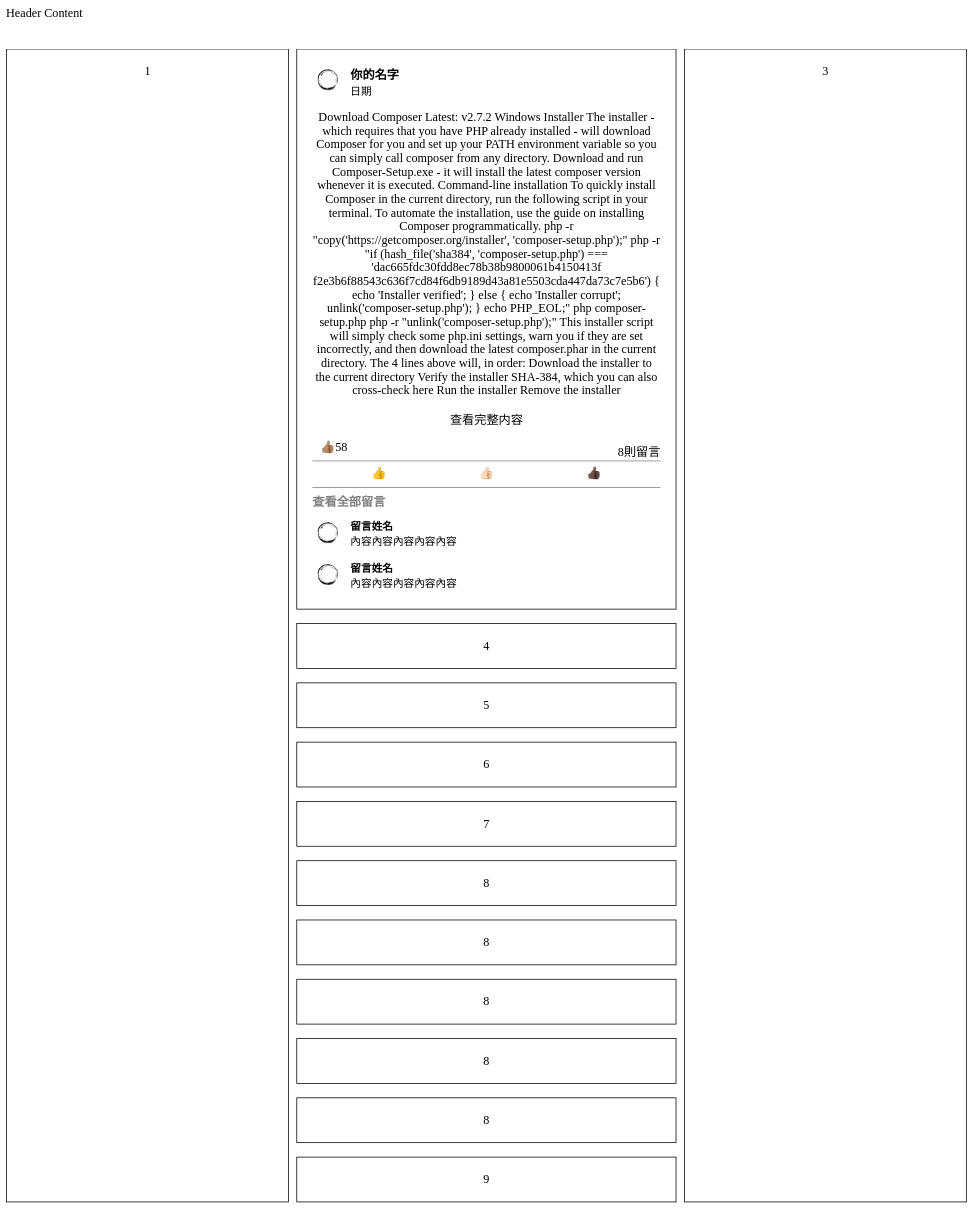
Repository: yuchiyang123/index_view
Page: http://localhost/
An editor plug-in stored every save of this project. The page is shown before and after the next save, followed by the edit.
The browser window is 1280 px wide. The pictures show the whole page, at 76% of full size.
The page is run by PHP 8.4 with error messages shown; the project is at /var/www/html/.

Above is the page before, as saved 2024-03-27 10:33:54.

### index.php
<style>
   .header {
    position: sticky;
    top: 0;
    z-index: 9996;
    grid-area: header;
    background-color: #ffffff;
    width: 100%;
    height: 56px;

}


.grid-container {

  display: grid;
  grid-template-columns: auto 500px auto;
  grid-template-rows:auto;
  grid-gap: 10px;
  display: grid;
  grid-template-areas:
    "A B C";

}

.grid-item {
  border: 1px solid #000;
  padding: 20px;
  text-align: center;

}
.first{
    grid-area: A;
    min-height: 800px;
}
.end{
    grid-area: C;
}
.mid{
    grid-area: B;
}
.limt{
    min-height: 350px;
}
.inner-grid {
    display: inline-grid;
    width: 30%;
    transition: background-color 0.3s;
    padding-top: 5px;
    padding-bottom: 10px;
    text-align: center;
}
.inner-grid:hover {
    background-color: rgba(128, 128, 128, 0.4);
}
.line{
    border-top: 1px solid gray;
    border-bottom: 1px solid gray;
}
.respond{

    padding-bottom: 8px;
    text-align: left;
    padding-left:10px;
}
.respond > div {
    display: inline-block;
}
.message{
    text-align: right;
}
.respond, .message {
    display: inline-block;
}
.container {
    display: flex;
    justify-content: space-between;
    align-items: center;
}

.popup {
    display: none;
    position: fixed;
    top: 50%;
    left: 50%;
    transform: translate(-50%, -50%);
    width: 500px;
    padding: 20px;
    background-color: #fff;
    z-index: 9998;

}

.trigger a {
    cursor: pointer;
}

.blur-background {
    filter: blur(0px);
}
.box{

}
.imgsize{
    width: 40px;
    height: auto;

}

.image-container {
    float: left;
    margin-right: 10px;
}

.text-container {
    overflow: hidden;
}
.user{

    text-align: left;
    font-weight: bold;

}
.date{
    font-size: 14px;
    text-align: left;
}
a{
    text-decoration: none;
    color: black;
}
.overlay {
    display: none;
    position: fixed;
    top: 0;
    left: 0;
    width: 100%;
    height: 100%;
    background-color: rgba(0, 0, 0, 0.5);
    z-index: 9997;
  }
  .SeeAllMessage{
    padding-top: 5px;
    text-align: left;
  }
  .SeeAllMessage a{
    text-align: left;
    color: gray;
    font-weight: bold;
  }
  .LeaveMessage{
    margin-top: 10px;
    padding-bottom : 5px;
  }

  .LeaveMessageall{
    border-radius: 5px;
    display: block;

  }
  .LeaveMessageUsernameIMG{
    width: 40px;
    height: auto;
    background-color:#ffffff;

  }
  .LeaveMessageimgdiv{
    float: left;
    margin-right: 10px;
    display: block;
  }
  .LeaveMessageUsername{
    text-align: left;
    font-size: 14px;
    font-weight: bold;
  }
  .LeaveMessageMain{
    text-align: left;
    font-size: 14px;
  }
</style>
<html>
<body>
<?php
    include('header.php');
?>
  <div id="box" class="box">
    <div class="grid-container">

      <div class="grid-item"><div class="first">1</div></div>

        <div class="mid">
          <div class="grid-item">
            <div class="limt">
            <div class="image-container">
                <img src="img/2-1.png" class="imgsize">
                        </div>
                <div class="text-container">
                    <div class="user"><a href="#"><div><a href="#">你的名字</a></div></a></div>
                    <div class="date"><div><a href="#">日期</a></div></div>
                </div>
                <div class="clearfix"></div>
                <p class="main">
                Download Composer Latest: v2.7.2
                    Windows Installer
                    The installer - which requires that you have PHP already installed - will download Composer for you and set up your PATH environment variable so you can simply call composer from any directory.

                    Download and run Composer-Setup.exe - it will install the latest composer version whenever it is executed.

                    Command-line installation
                    To quickly install Composer in the current directory, run the following script in your terminal. To automate the installation, use the guide on installing Composer programmatically.

                    php -r "copy('https://getcomposer.org/installer', 'composer-setup.php');"
                    php -r "if (hash_file('sha384', 'composer-setup.php') === 'dac665fdc30fdd8ec78b38b9800061b4150413f
                    f2e3b6f88543c636f7cd84f6db9189d43a81e5503cda447da73c7e5b6') { echo 'Installer verified'; } else { echo 'Installer corrupt'; unlink('composer-setup.php'); } echo PHP_EOL;"
                    php composer-setup.php
                    php -r "unlink('composer-setup.php');"
                    This installer script will simply check some php.ini settings, warn you if they are set incorrectly, and then download the latest composer.phar in the current directory. The 4 lines above will, in order:

                    Download the installer to the current directory
                    Verify the installer SHA-384, which you can also cross-check here
                    Run the installer
                    Remove the installer<div class="trigger"><a href="#">查看完整内容</a></div>
                </p>
                <div class="container">
                    <div class="respond"><a href="#">👍🏽</a><div><a href="#">58</a></div></div>
                    <div class="message"><div><a href="#">8則留言</a></div></div>
                </div>
                <div class="line">
                    <div class="inner-grid">👍</div>
                    <div class="inner-grid">👍🏻</div>
                    <div class="inner-grid">👍🏿</div>
                </div>
                <div class="SeeAllMessage"><a href="#">查看全部留言</a></div>
                <div class="LeaveMessage">
                    <div><a href="#"></a></div>
                    <div>
                        <div class="LeaveMessageimgdiv">
                            <img src="img/2-1.png" class="LeaveMessageUsernameIMG">
                        </div>
                        <div class="LeaveMessageall">
                            <div class="LeaveMessageUsername">
                                留言姓名
                            </div>
                            <div class="LeaveMessageMain">
                                內容內容內容內容內容
                            </div>
                        </div>
                    </div>
                </div>
                <div class="LeaveMessage">
                    <div><a href="#"></a></div>
                    <div><div class="LeaveMessageimgdiv"><img src="img/2-1.png" class="LeaveMessageUsernameIMG"></div><div class="LeaveMessageUsername">留言姓名</div><div class="LeaveMessageMain">內容內容內容內容內容</div></div>
                </div>
            </div>
        </div><br>
          <div class="grid-item">4</div><br>
          <div class="grid-item">5</div><br>
          <div class="grid-item">6</div><br>
          <div class="grid-item">7</div><br>
          <div class="grid-item">8</div><br>
          <div class="grid-item">8</div><br>
          <div class="grid-item">8</div><br>
          <div class="grid-item">8</div><br>
          <div class="grid-item">8</div><br>
          <div class="grid-item">9</div>
          <div class="overlay" id="overlay"></div>
          <div id="popup" class="popup">
        <div class="content">
        <div class="image-container">
            <img src="img/2-1.png" class="imgsize">
        </div>
        <div class="text-container">
            <div class="user"><a href="#"><div><a href="#">你的名字</a></div></a></div>
            <div class="date"><div><a href="#">日期</a></div></div>
        </div>
        <div class="clearfix"></div>
            <p class="main">
                Download Composer Latest: v2.7.2
                    Windows Installer
                    The installer - which requires that you have PHP already installed - will download Composer for you and set up your PATH environment variable so you can simply call composer from any directory.

                    Download and run Composer-Setup.exe - it will install the latest composer version whenever it is executed.

                    Command-line installation
                    To quickly install Composer in the current directory, run the following script in your terminal. To automate the installation, use the guide on installing Composer programmatically.

                    php -r "copy('https://getcomposer.org/installer', 'composer-setup.php');"
                    php -r "if (hash_file('sha384', 'composer-setup.php') === 'dac665fdc30fdd8ec78b38b9800061b4150413f
                    f2e3b6f88543c636f7cd84f6db9189d43a81e5503cda447da73c7e5b6') { echo 'Installer verified'; } else { echo 'Installer corrupt'; unlink('composer-setup.php'); } echo PHP_EOL;"
                    php composer-setup.php
                    php -r "unlink('composer-setup.php');"
                    This installer script will simply check some php.ini settings, warn you if they are set incorrectly, and then download the latest composer.phar in the current directory. The 4 lines above will, in order:

                    Download the installer to the current directory
                    Verify the installer SHA-384, which you can also cross-check here
                    Run the installer
                    Remove the installer
            </p>
        <div class="container">
            <div class="respond"><a href="#">👍🏽</a><div><a href="#">58</a></div></div>
            <div class="message"><div><a href="#">8則留言</a></div></div>
        </div>
            <div class="line">
            <div class="inner-grid">👍</div>
            <div class="inner-grid">👍🏻</div>
            <div class="inner-grid">👍🏿</div>
        </div>
        </div>
            <!--div class="close"><a href="#">关闭</a></div-->
        </div>
        </div>

            <div class="grid-item"><div class="end">3</div></div>
        </div>
    </div>
  </div>
  <script>
    var overlay = document.getElementById('overlay');
    var trigger = document.querySelector('.trigger a');
    var popup = document.getElementById('popup');
    var header = document.querySelector('.header');
    trigger.addEventListener('click', function(event) {
        event.preventDefault();
        popup.style.display = 'block';
        header.style.backgroundColor = 'rgba(0, 0, 0, 0.000001)';
        overlay.style.display = 'block';
        popup.style.border = '1px solid gray';
        popup.style.boxShadow = '0px 0px 15px rgba(0, 0, 0, 0.7)';
        /*
        document.body.classList.add('blur-background');
        popup.style.filter = 'none';// 移除 body 元素的模糊效果*/
    });
    var closeBtn = document.querySelector('.close a');
    /*
    closeBtn.addEventListener('click', function(event) {
        event.preventDefault();
        popup.style.display = 'none';
        popup.style.boxShadow = 'none';
    });
    */
    overlay.addEventListener('click', function(event) {
        event.preventDefault();
        event.stopPropagation();
        popup.style.display = 'none';
        overlay.style.display = 'none' ;
        popup.style.boxShadow = 'none';
        header.style.backgroundColor = '#ffffff';
    });
  </script>
</body>
</html>

### header.php
<style>
   .header {
    position: sticky; /* 将标题栏固定在容器内 */
    top: 0; /* 将标题栏固定在容器的顶部 */
    z-index: 9999; /* 确保标题栏位于其他内容的上层 */
    /* 其他样式，例如背景颜色、文本样式等 */
    grid-area: header;
    background-color: #ffffff;
    width: 100%; /* 设置标题栏的宽度为100%，使其填满整个屏幕 */
    height: 56px;

}
</style>
<header class="header">Header Content</header>

After the next save:
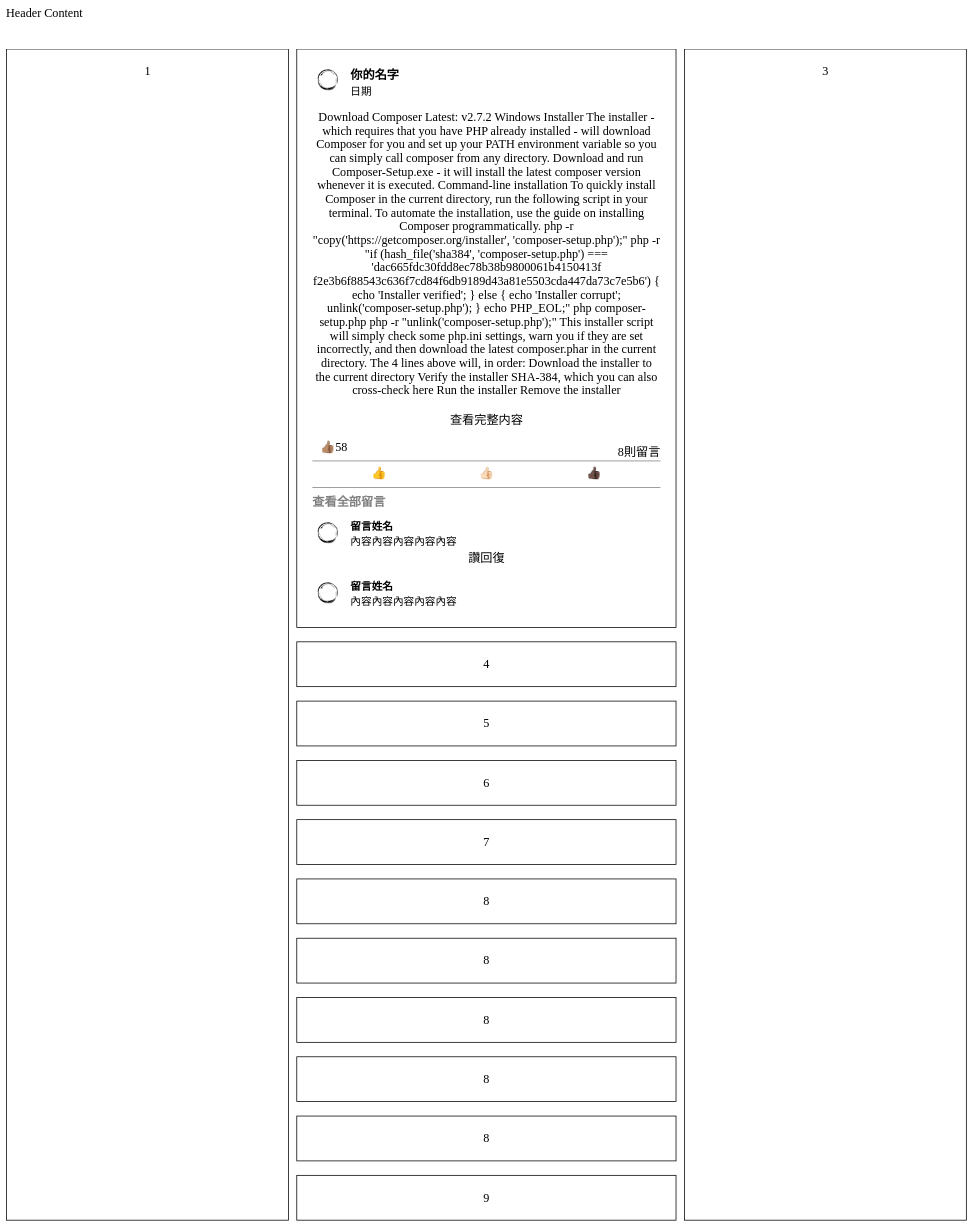
Saved 2 min 26 s later.
--- a/index.php
+++ b/index.php
@@ -246,6 +246,7 @@ a{
                                 內容內容內容內容內容
                             </div>
                         </div>
+                        <div><a href="#">讚</a><a href="#">回復</a><a href="#"></a></div>
                     </div>
                 </div>
                 <div class="LeaveMessage">
